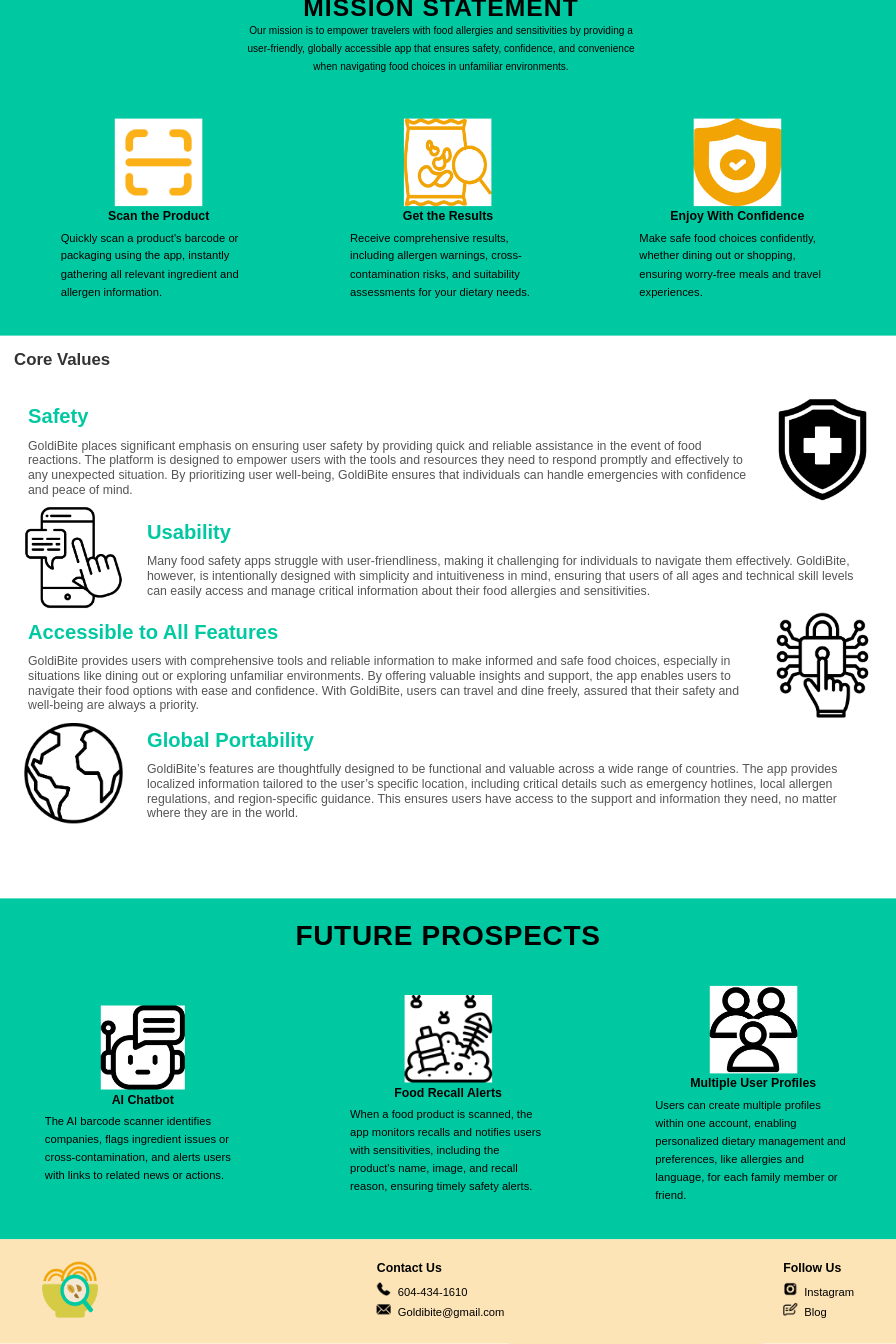
Repository: GavinPahal/landingpage
Page: /
These files come from the project's save history. The page is drawn as it stood at one moment and after the next save; the edit follows.
The browser window is 1280 px wide. The pictures show the part of the page from y = 758 to 2678 px (the page is 2678 px tall before and 2652 px after), at 70% of full size.
The project was rebuilt for these pictures with package versions that can differ from the ones it lists, and the page was loaded fresh each time. The framework's server and built-in components were replaced by stand-ins that run in the browser. Also part of the build but not shown: next.config.mjs.

Above is the page before, as saved 2024-11-30 22:15:34.

After the next save:
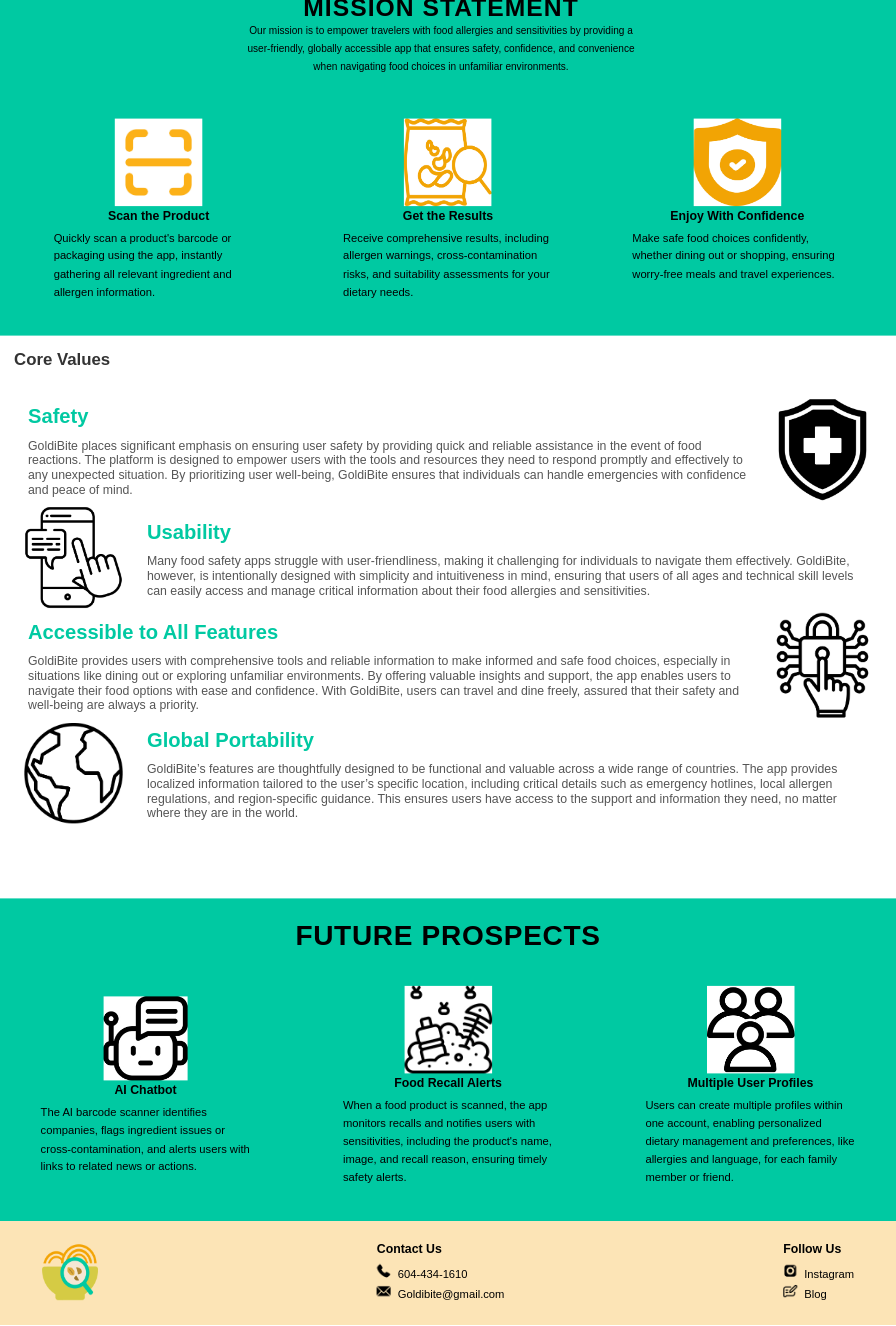
Saved 21 s later.
--- a/styles/globals.css
+++ b/styles/globals.css
@@ -230,7 +230,7 @@
   font-size: 1rem;
   line-height: 1.6;
   color: #000000;
-  max-width: 280px;
+  max-width: 300px;
   margin: 0 auto;
   text-align: left;
 }
